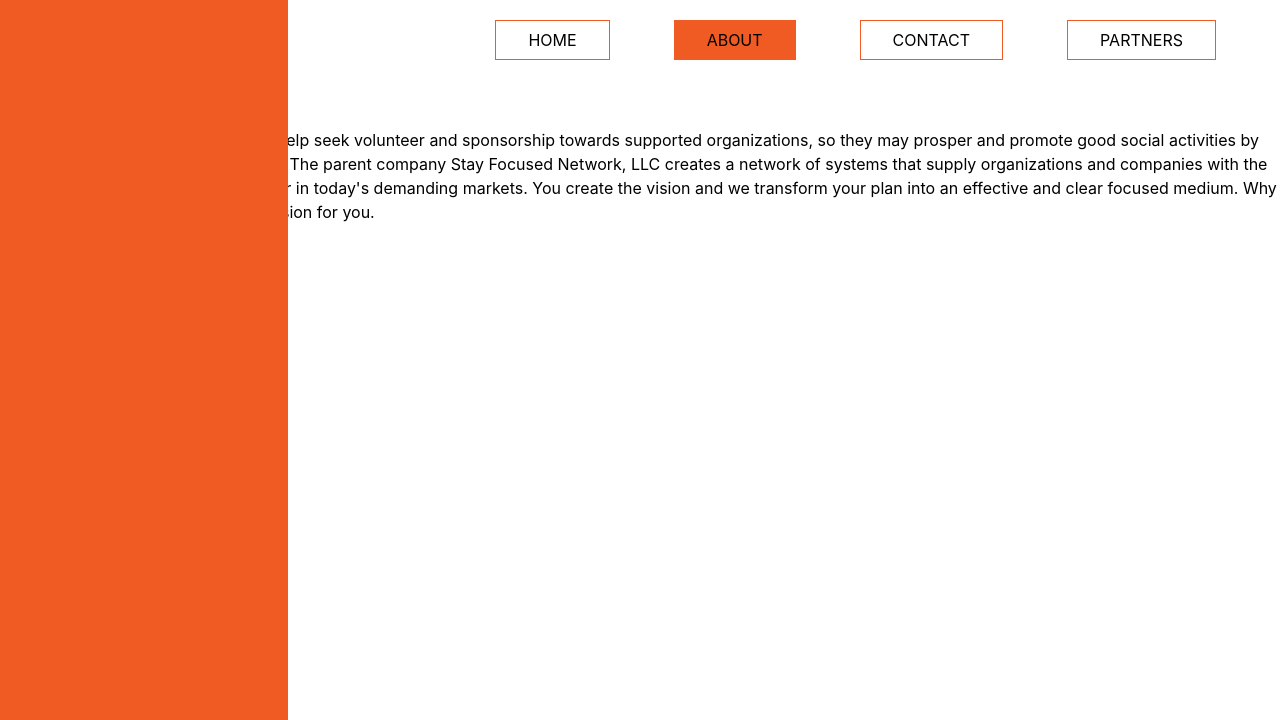
Repository: legenddev1202/whyclicktv
Page: /about
These files come from the project's save history. The page is drawn as it stood at one moment and after the next save; the edit follows.
The browser window is 1280 px wide. The pictures show the whole page.
The project was rebuilt for these pictures with package versions that can differ from the ones it lists, and the page was loaded fresh each time. Also part of the build but not shown: src/pages/home.js, src/App.css.

Above is the page before, as saved 2022-03-31 08:59:05.

After the next save:
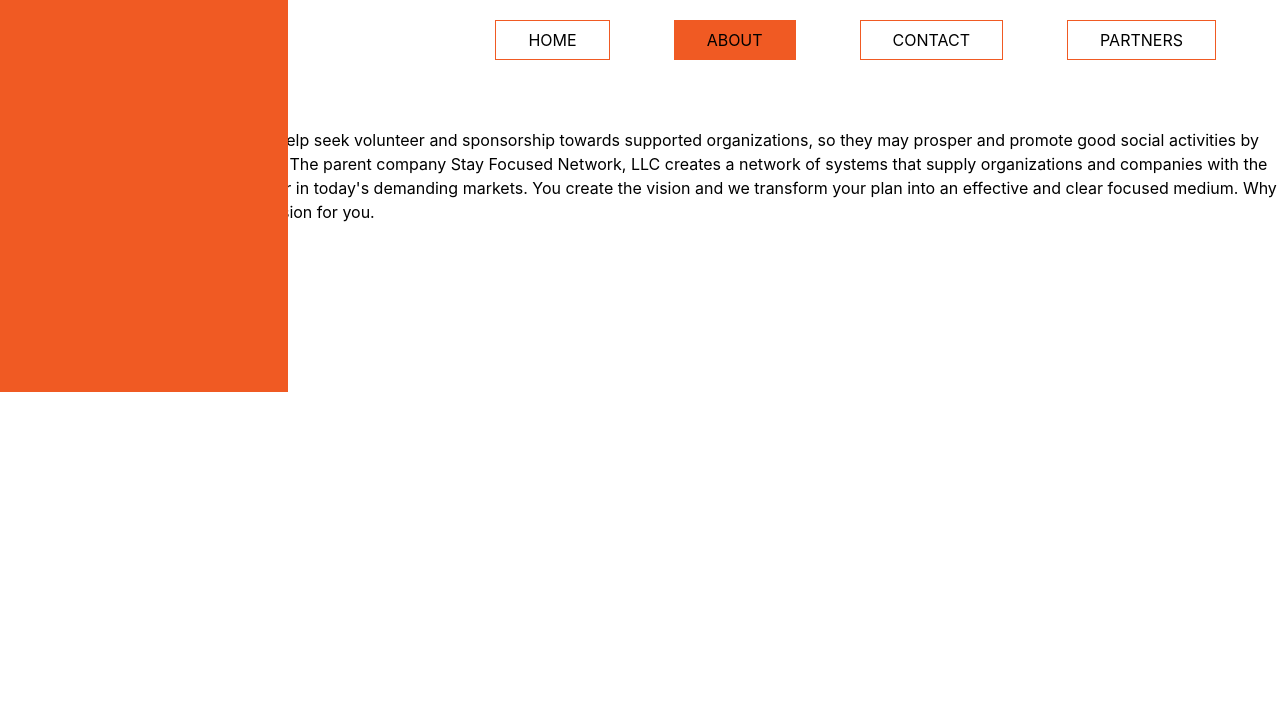
Saved 27 s later.
--- a/src/pages/about.js
+++ b/src/pages/about.js
@@ -3,7 +3,7 @@
 
 function About() {
   return (
-    <div>
+    <div className="relative h-full w-full">
       <div
         className="absolute w-72 h-full left-0 z-10"
         style={{ backgroundColor: "#F05A23" }}

After the 3 saves that followed:
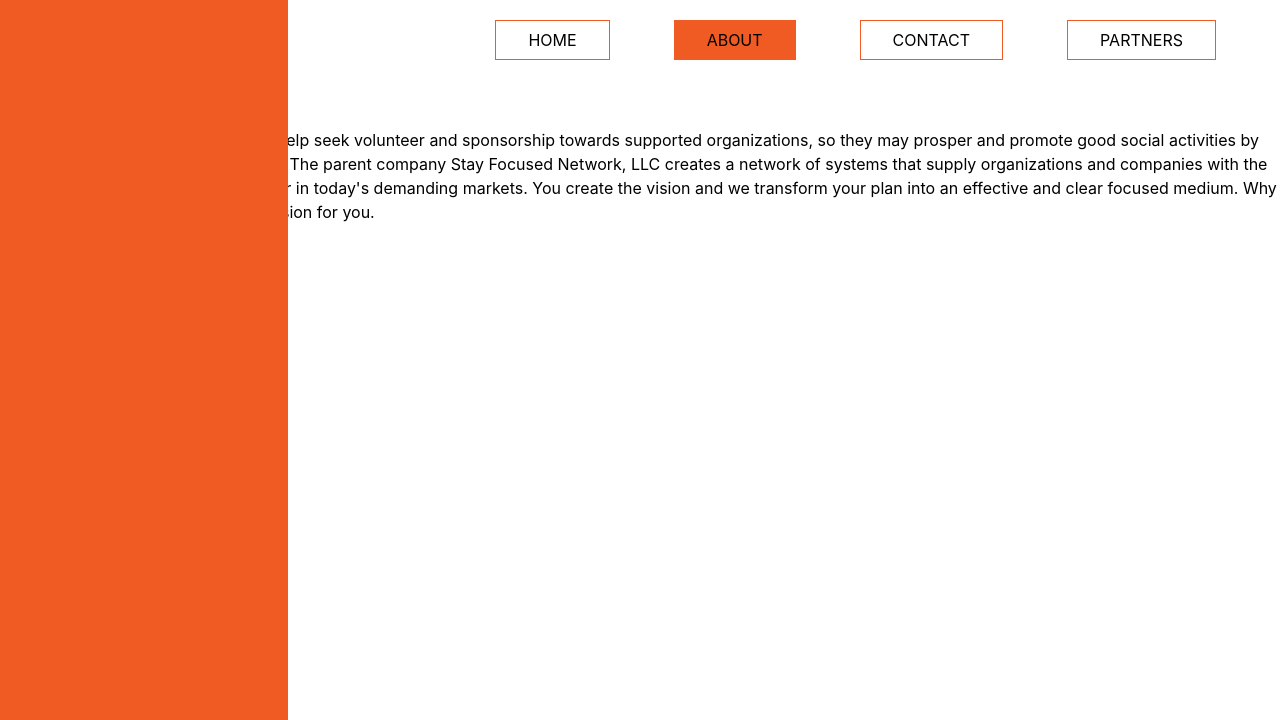
The 3 saves are shown as one change because 1 left the picture as it was and some came seconds apart.
The last was saved 18 s later.
--- a/src/pages/about.js
+++ b/src/pages/about.js
@@ -3,7 +3,7 @@
 
 function About() {
   return (
-    <div className="relative h-full w-full">
+    <div>
       <div
         className="absolute w-72 h-full left-0 z-10"
         style={{ backgroundColor: "#F05A23" }}
